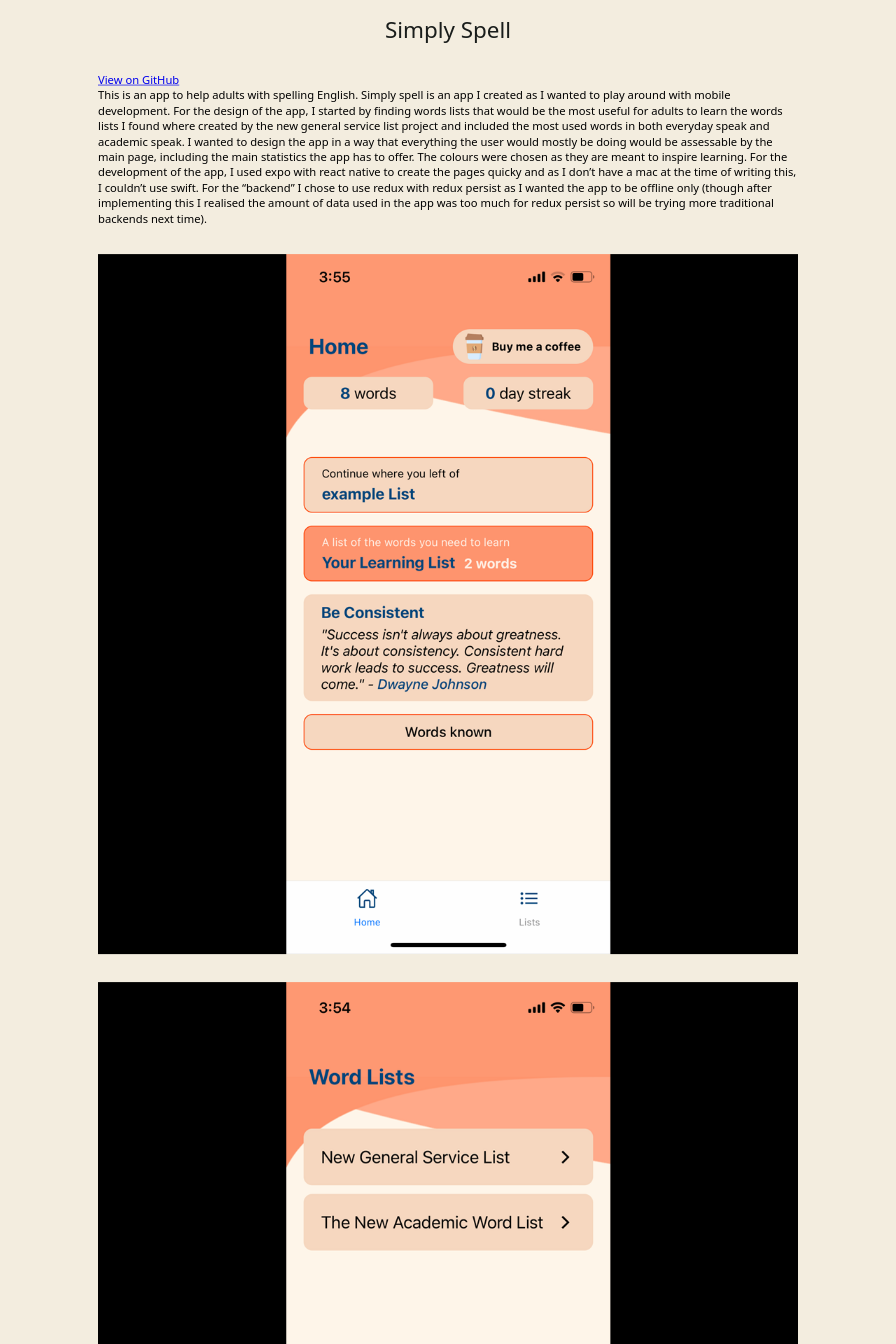
Repository: David-Waite/simpleespellwebsite
Page: /
These files come from the project's save history. The page is drawn as it stood at one moment and after the next save; the edit follows.
The browser window is 1280 px wide. The pictures show the part of the page from y = 0 to 1920 px (the page is 9765 px tall), at 70% of full size.
The project was rebuilt for these pictures with package versions that can differ from the ones it lists, and the page was loaded fresh each time.

Above is the page before, as saved 2023-07-27 19:21:14.

### src/index.css
* {
  margin: 0;
  padding: 0;
  font-family: system-ui, -apple-system, BlinkMacSystemFont, "Segoe UI", Roboto,
    Oxygen, Ubuntu, Cantarell, "Open Sans", "Helvetica Neue", sans-serif;
}

body {
  background-color: #f3eddf;

  padding: 20px;
}

.container {
  display: flex;
  flex-direction: column;
  align-items: center;
  max-width: 1000px;
  margin: 0 auto;
  overflow: hidden;
  gap: 40px;
}

h1 {
  text-align: center;
  font-weight: 300;
  color: #191d1b;
}

.each-slide-effect > div {
  display: flex;
  align-items: center;
  justify-content: center;
  background-size: cover;
  height: 350px;
}

.each-slide-effect span {
  padding: 20px;
  font-size: 20px;
  background: #efefef;
  text-align: center;
}

### src/App.js
import React from "react";
import { Slide } from "react-slideshow-image";

export default function App() {
  const images = [
    "../simplySpell1.PNG",
    "../simplySpell2.PNG",
    "../simplySpell3.PNG",
    "../simplySpell4.PNG",
    "../simplySpell5.PNG",
    "../simplySpell6.PNG",
    "../simplySpell7.PNG",
    "../simplySpell8.PNG",
    "../simplySpell9.PNG",
  ];

  return (
    <div className="container">
      <h1>Simply Spell</h1>

      <div>
        <a href="https://github.com/David-Waite/SpellingApp">View on GitHub</a>
        <p>
          This is an app to help adults with spelling English. Simply spell is
          an app I created as I wanted to play around with mobile development.
          For the design of the app, I started by finding words lists that would
          be the most useful for adults to learn the words lists I found where
          created by the new general service list project and included the most
          used words in both everyday speak and academic speak. I wanted to
          design the app in a way that everything the user would mostly be doing
          would be assessable by the main page, including the main statistics
          the app has to offer. The colours were chosen as they are meant to
          inspire learning. For the development of the app, I used expo with
          react native to create the pages quicky and as I don’t have a mac at
          the time of writing this, I couldn’t use swift. For the “backend” I
          chose to use redux with redux persist as I wanted the app to be
          offline only (though after implementing this I realised the amount of
          data used in the app was too much for redux persist so will be trying
          more traditional backends next time).
        </p>
      </div>
      <img src={images[0]} alt="image" />
      <img src={images[1]} alt="image" />
      <img src={images[2]} alt="image" />
      <img src={images[3]} alt="image" />
      <img src={images[4]} alt="image" />
      <img src={images[5]} alt="image" />
      <img src={images[6]} alt="image" />
      <img src={images[7]} alt="image" />
      <img src={images[8]} alt="image" />
      <img src={images[9]} alt="image" />
    </div>
  );
}

Loaded but not shown: public/index.html (common file); src/index.js (common file); src/reportWebVitals.js (common file)

After the next save:
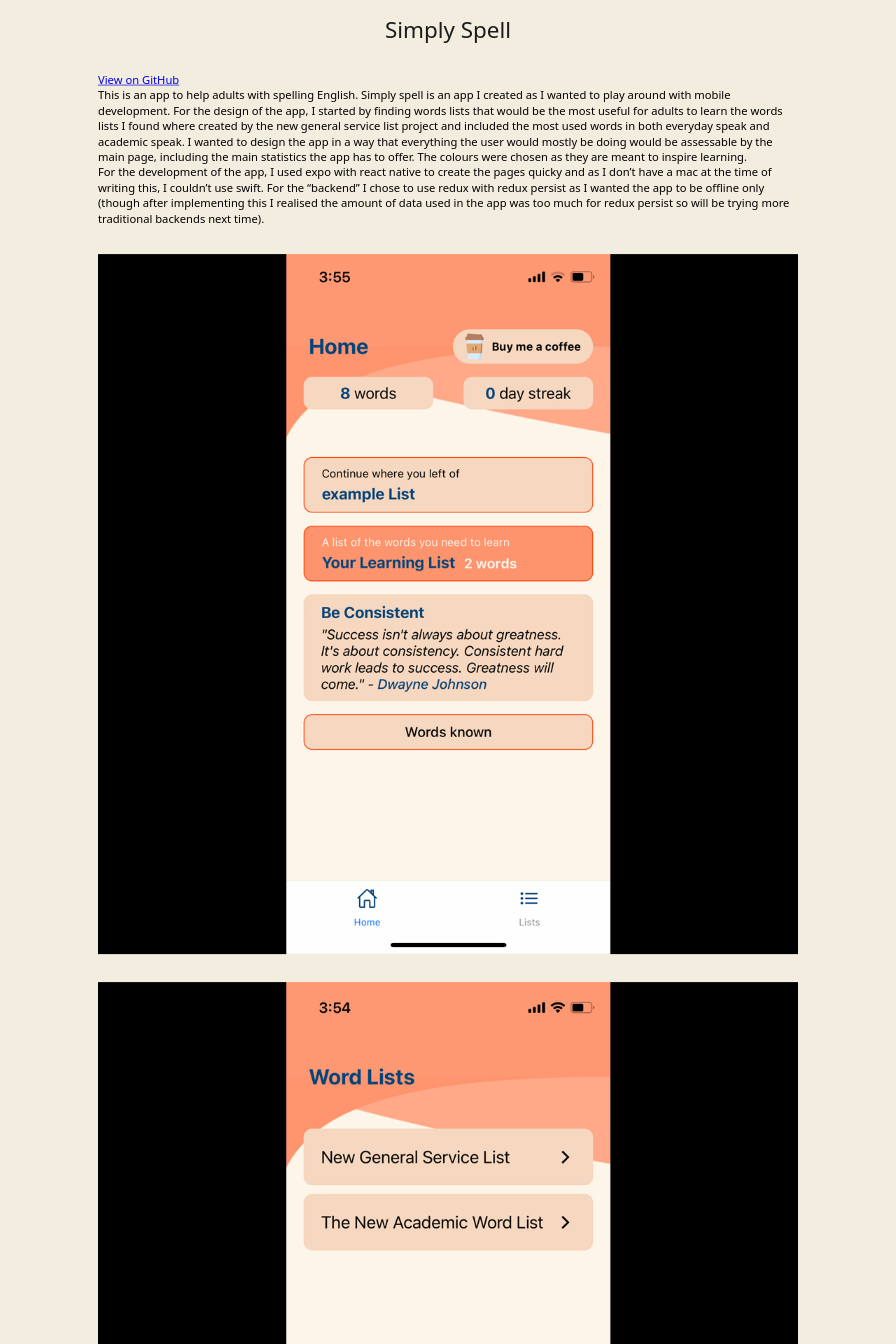
Saved 104 s later.
--- a/src/App.js
+++ b/src/App.js
@@ -30,13 +30,14 @@ export default function App() {
           design the app in a way that everything the user would mostly be doing
           would be assessable by the main page, including the main statistics
           the app has to offer. The colours were chosen as they are meant to
-          inspire learning. For the development of the app, I used expo with
-          react native to create the pages quicky and as I don’t have a mac at
-          the time of writing this, I couldn’t use swift. For the “backend” I
-          chose to use redux with redux persist as I wanted the app to be
-          offline only (though after implementing this I realised the amount of
-          data used in the app was too much for redux persist so will be trying
-          more traditional backends next time).
+          inspire learning. <br />
+          For the development of the app, I used expo with react native to
+          create the pages quicky and as I don’t have a mac at the time of
+          writing this, I couldn’t use swift. For the “backend” I chose to use
+          redux with redux persist as I wanted the app to be offline only
+          (though after implementing this I realised the amount of data used in
+          the app was too much for redux persist so will be trying more
+          traditional backends next time).
         </p>
       </div>
       <img src={images[0]} alt="image" />
